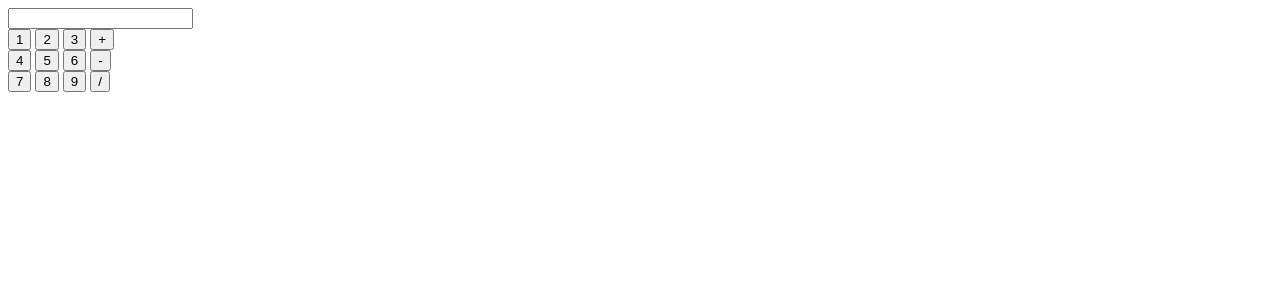
Repository: jun01270/calculator
Page: caculator.html
These files come from the project's save history. The page is drawn as it stood at one moment and after the next save; the edit follows.
The browser window is 1280 px wide. The pictures show the whole page.

Above is the page before, as saved 2023-07-31 17:51:55.

### caculator.html
<!DOCTYPE html>
<html lang="en">
  <head>
    <meta charset="UTF-8" />
    <meta name="viewport" content="width=device-width, initial-scale=1.0" />
    <title>Document</title>
  </head>
  <body>
    <div><input type="text" /></div>
    <div class="row">
      <button>1</button>
      <button>2</button>
      <button>3</button>
      <button>+</button>
    </div>
    <div class="row">
      <button>4</button>
      <button>5</button>
      <button>6</button>
      <button>-</button>
    </div>
    <div class="row">
      <button>7</button>
      <button>8</button>
      <button>9</button>
      <button>/</button>
    </div>
  </body>
</html>

After the next save:
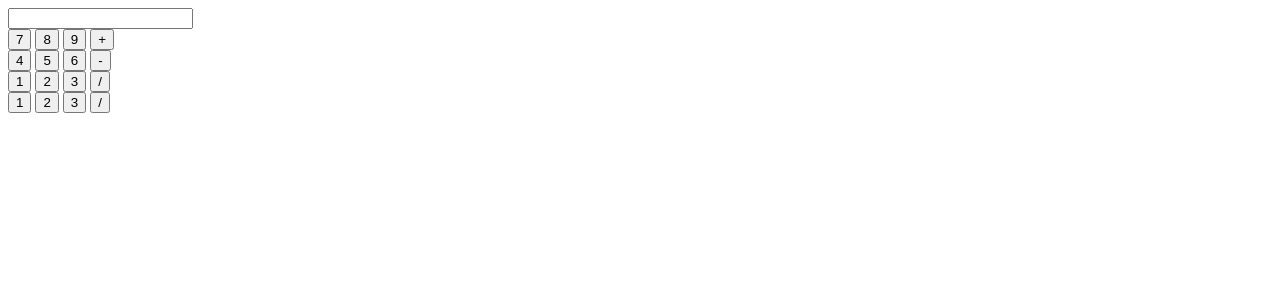
Saved 23 s later.
--- a/caculator.html
+++ b/caculator.html
@@ -8,9 +8,9 @@
   <body>
     <div><input type="text" /></div>
     <div class="row">
-      <button>1</button>
-      <button>2</button>
-      <button>3</button>
+      <button>7</button>
+      <button>8</button>
+      <button>9</button>
       <button>+</button>
     </div>
     <div class="row">
@@ -20,9 +20,15 @@
       <button>-</button>
     </div>
     <div class="row">
-      <button>7</button>
-      <button>8</button>
-      <button>9</button>
+      <button>1</button>
+      <button>2</button>
+      <button>3</button>
+      <button>/</button>
+    </div>
+    <div class="row">
+      <button>1</button>
+      <button>2</button>
+      <button>3</button>
       <button>/</button>
     </div>
   </body>
